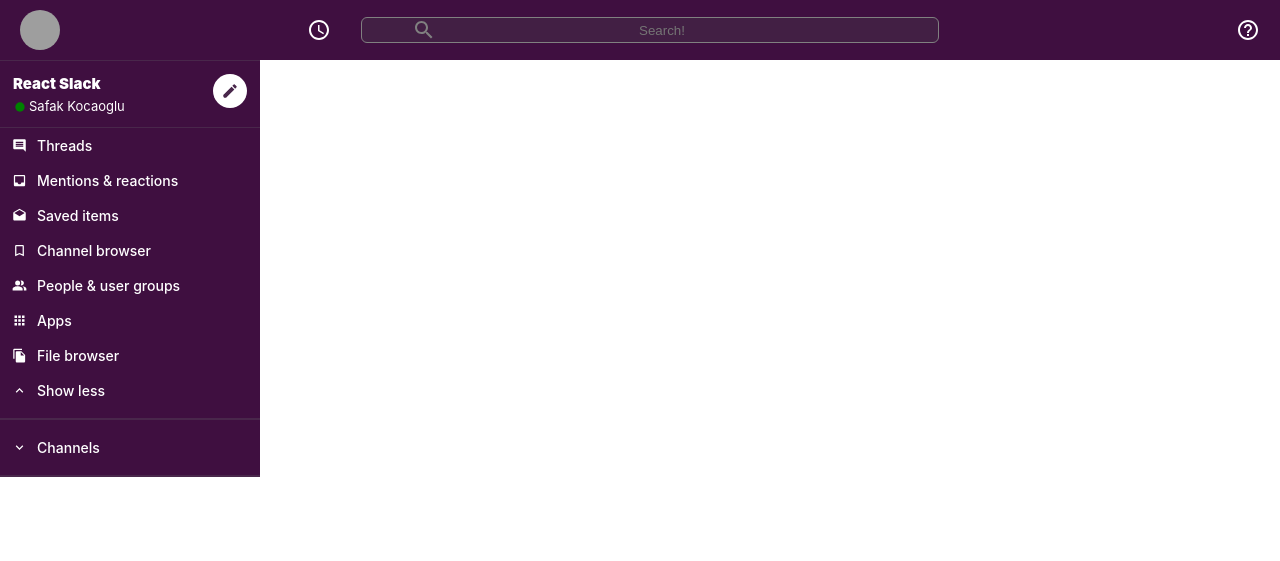
Repository: mminhaz93/React-Slack-Clone
Page: /
These files come from the project's save history. The page is drawn as it stood at one moment and after the next save; the edit follows.
The browser window is 1280 px wide. The pictures show the whole page.
Pictures or frames that could not be fetched are drawn as grey boxes. The project was rebuilt for these pictures with package versions that can differ from the ones it lists, and the page was loaded fresh each time.

Above is the page before, as saved 2020-08-13 21:34:00.

After the next save:
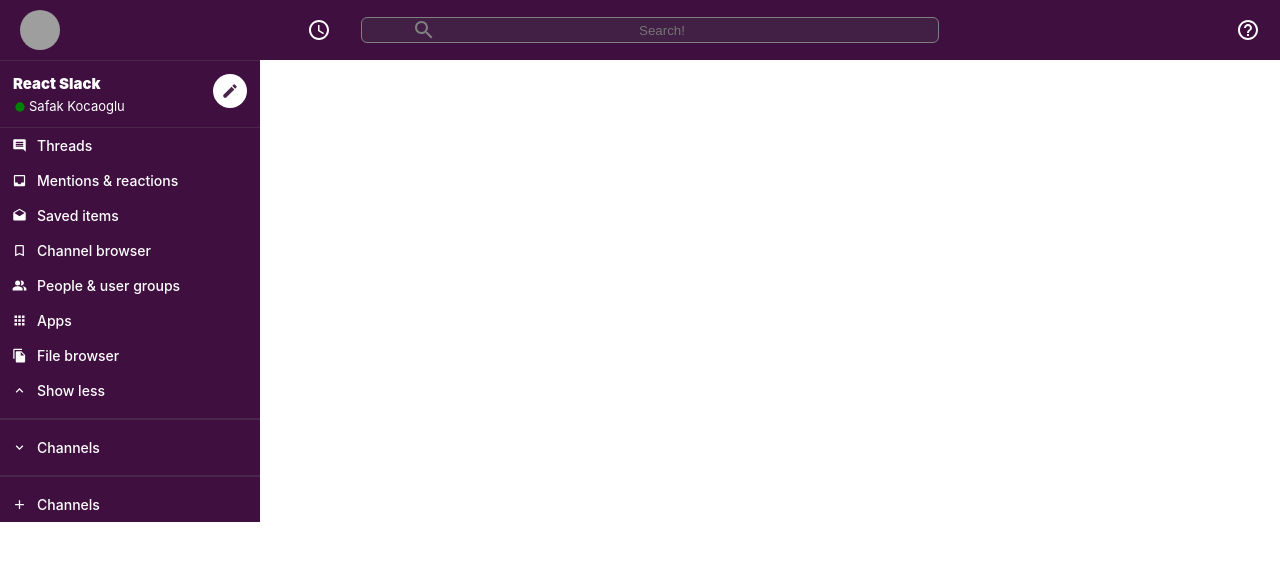
Saved 44 s later.
--- a/src/components/Sidebar.js
+++ b/src/components/Sidebar.js
@@ -11,7 +11,8 @@
   Apps,
   FileCopy,
   ExpandLess,
-  ExpandMore
+  ExpandMore,
+  Add
 } from "@material-ui/icons";
 import SidebarOption from "./SidebarOption";
 
@@ -39,6 +40,7 @@
       <hr></hr>
       <SidebarOption Icon={ExpandMore} title="Channels" />
       <hr></hr>
+      <SidebarOption Icon={Add} title="Channels" />
     </div>
   );
 };
